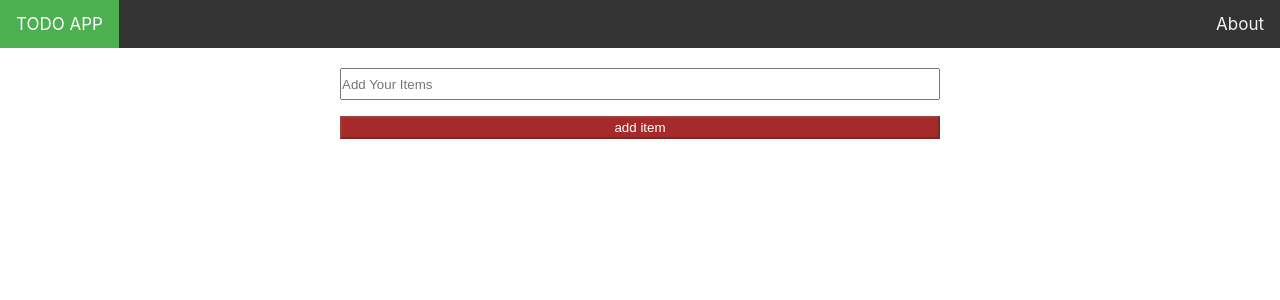
Repository: hoangphuong965/myTodoList
Page: /
An editor plug-in stored every save of this project. The page is shown before and after the next save, followed by the edit.
The browser window is 1280 px wide. The pictures show the whole page.
The project was rebuilt for these pictures with package versions that can differ from the ones it lists, and the page was loaded fresh each time. Also part of the build but not shown: src/components/TodoItems.js.

Above is the page before, as saved 2020-06-01 21:29:32.

After the next save:
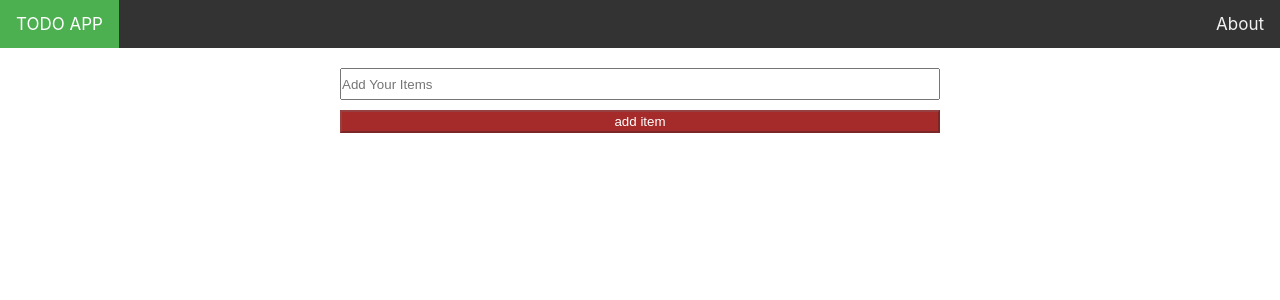
Saved 17 s later.
--- a/src/components/todo.css
+++ b/src/components/todo.css
@@ -38,7 +38,7 @@
 .btn{
     display: block;
     width: 600px;
-    margin: 1rem 0 0 0;
+    margin: 10px 0 0 0;
     background-color: brown;
     color: #ffffff;
     padding: 2px;
